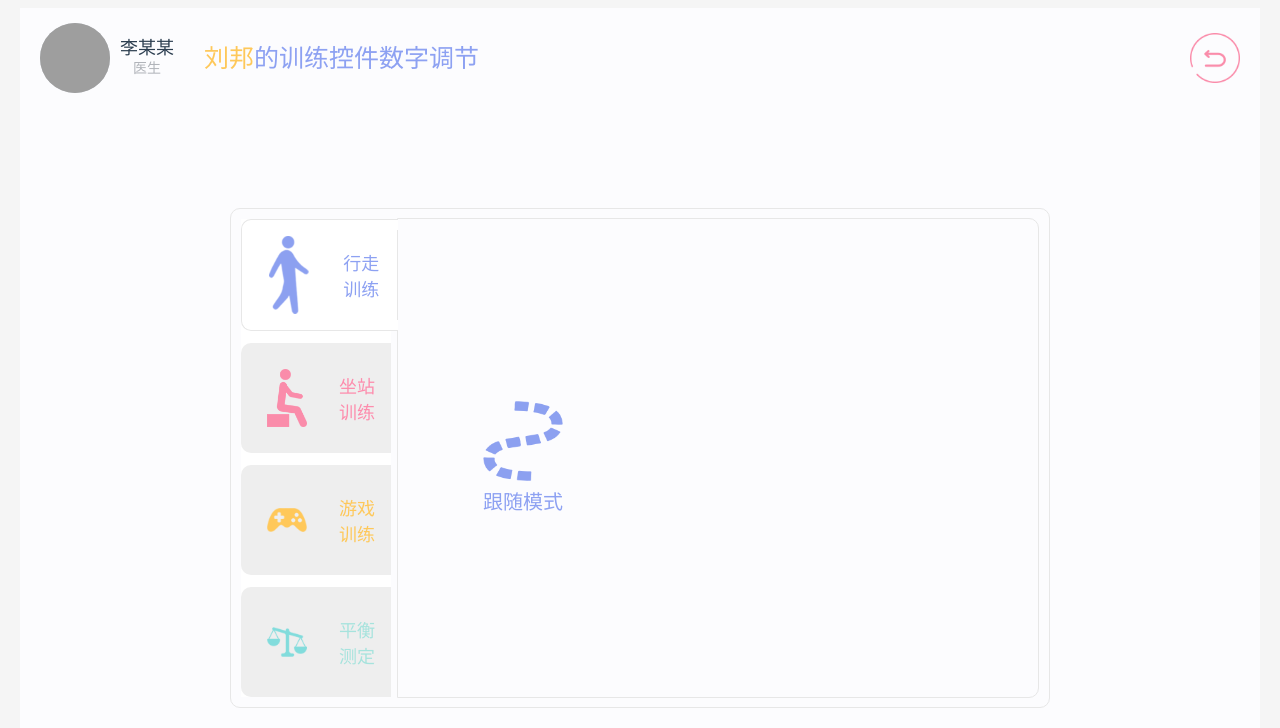
Repository: wangdanqing90/electron-vue-doctor
Page: /#/trainingAdjust
These files come from the project's save history. The page is drawn as it stood at one moment and after a run of saves; the edit follows.
The browser window is 1280 px wide. The pictures show the whole page.
Pictures or frames that could not be fetched are drawn as grey boxes. The project was rebuilt for these pictures with package versions that can differ from the ones it lists, and the page was loaded fresh each time. Also part of the build but not shown: vue.config.js, src/views/Home.vue, src/assets/styles/variable.scss, src/assets/styles/iconfont.css.

Above is the page before, as saved 2020-01-15 13:42:02.

### public/index.html
<!DOCTYPE html>
<html lang="en">
  <head>
    <meta charset="utf-8">
    <meta http-equiv="X-UA-Compatible" content="IE=edge">
    <meta name="viewport" content="width=device-width,initial-scale=1.0">
    <link rel="icon" href="<%= BASE_URL %>favicon.ico">
    <title>electron-vue-demo</title>
  </head>
  <body>
    <noscript>
      <strong>We're sorry but electron-vue-demo doesn't work properly without JavaScript enabled. Please enable it to continue.</strong>
    </noscript>
    <div id="app"></div>
    <!-- built files will be auto injected -->
  </body>
</html>

### src/main.js
import Vue from 'vue'
import ElementUI from 'element-ui';
import 'element-ui/lib/theme-chalk/index.css';
import App from './App.vue'
import router from './router'
import store from './store'


import './assets/styles/variable.scss';
import './assets/styles/base.scss';
import './assets/styles/common.scss';
import './assets/styles/iconfont.css';
import common from './assets/js/common.js';


Vue.config.productionTip = false;
Vue.prototype.common = common;
Vue.use(ElementUI);


var vm = new Vue({
  router,
  store,
  render: h => h(App)
}).$mount('#app')





//var addon = require('bindings')('hello');var addon = require('bindings')('hello');
//alert(addon.hello()); // 'world'

### src/App.vue
<template>
  <div id="app">
    <!-- <div id="nav">
      <router-link to="/">Home</router-link> |
      <router-link to="/about">About</router-link>
    </div>-->
    <keep-alive>
      <router-view v-if="$route.meta.keepAlive"></router-view>
    </keep-alive>
    <router-view v-if="!$route.meta.keepAlive"></router-view>
  </div>
</template>

<style lang="scss">
#app {
  font-family: "Avenir", Helvetica, Arial, sans-serif;
  -webkit-font-smoothing: antialiased;
  -moz-osx-font-smoothing: grayscale;
  text-align: center;
  color: #2c3e50;
  height: 100%;
}
#nav {
  padding: 30px;
  a {
    font-weight: bold;
    color: #2c3e50;
    &.router-link-exact-active {
      color: #42b983;
    }
  }
}
</style>

### src/assets/styles/base.scss
html {
  background: #f5f5f5;
  height: 100%;
}

body {
  height: 100%;
}

p {
  margin: 0;
  padding: 0;
}

ol,
ul {
  list-style: none;
  margin: 0;
  padding: 0;
}

a {
  cursor: pointer;
}

.wrap-white {
  background: #fff;
  padding-left: 20px;
  padding-right: 20px;
  overflow: hidden;

}

.el-breadcrumb {
  margin-bottom: 15px;
}

.el-titleText {
  font-size: 20px;
  color: black;
  height: 64px;
  line-height: 64px;
}

//::-webkit-scrollbar {
//  width: 5px;
//  height: 5px;
//}
//
//::-webkit-scrollbar:horizontal {
//  height: 15px;
//}
//
//::-webkit-scrollbar-track-piece:vertical {
//  background-color: rgba(0, 0, 0, 0.2);
//  -webkit-border-radius: 6px;
//}
//
//::-webkit-scrollbar-track:horizontal {
//  background-color: rgba(0, 0, 0, 0.2);
//}
//
//::-webkit-scrollbar-thumb:vertical {
//  height: 5px;
//  background-color: rgba(125, 125, 125, 0.7);
//  -webkit-border-radius: 6px;
//}
//
//::-webkit-scrollbar-thumb:horizontal {
//  width: 5px;
//  background-color: rgba(125, 125, 125, 0.7);
//}

input[type="text"],
input[type="number"] {
  //-webkit-appearance: none;
  background-color: #fff;
  border-radius: 4px;
  border: 1px solid #d8dce5;
  box-sizing: border-box;
  color: #5a5e66;
  display: inline-block;
  font-size: inherit;
  height: 40px;
  line-height: 1;
  outline: 0;
  padding: 0 15px;
  -webkit-transition: border-color .2s cubic-bezier(.645, .045, .355, 1);
  transition: border-color .2s cubic-bezier(.645, .045, .355, 1);
  width: 100%;

  &:hover {
    border-color: #b4bccc;
  }

  &:focus {
    border-color: #409EFF;
    outline: 0;
  }
}

/*滚动条*/
::-webkit-scrollbar {
  -webkit-appearance: none;
}

::-webkit-scrollbar:vertical {
  width: 10px;
}

::-webkit-scrollbar:horizontal {
  height: 10px;
}

::-webkit-scrollbar-thumb {
  background-color: rgba(0, 0, 0, .5);
  border-radius: 10px;
  border: 2px solid #ffffff;
}

::-webkit-scrollbar-track {
  border-radius: 10px;
  background-color: #ffffff;
}

/*margin*/
.margin-bottom-240 {
  margin-bottom: 240px;
}

.margin-top--10 {
  margin-top: -10px;
}

.margin-top--15 {
  margin-top: -15px;
}

.margin-top--18 {
  margin-top: -18px;
}

.margin-top--20 {
  margin-top: -20px;
}

.margin-top--40 {
  margin-top: -40px;
}

.margin-top--60 {
  margin-top: -60px;
}

.margin-top--80 {
  margin-top: -80px;
}

.margin-top--180 {
  margin-top: -180px;
}

.margin-top-0 {
  margin-top: 0px !important;
}

.margin-top-10 {
  margin-top: 10px;
}

.margin-top-15 {
  margin-top: 15px;
}

.margin-top-20 {
  margin-top: 20px;
}

.margin-top-25 {
  margin-top: 25px;
}

.margin-top-30 {
  margin-top: 30px;
}

.margin-top-35 {
  margin-top: 35px;
}

.margin-top-40 {
  margin-top: 40px;
}

.margin-top-46 {
  margin-top: 46px;
}

.margin-top-50 {
  margin-top: 50px;
}

.margin-top-60 {
  margin-top: 60px;
}

.margin-top-70 {
  margin-top: 70px;
}

.margin-top-80 {
  margin-top: 80px;
}

.margin-top-100 {
  margin-top: 100px;
}

.margin-bottom-0 {
  margin-bottom: 0px !important;
}

.margin-bottom-5 {
  margin-bottom: 5px;
}

.margin-bottom-10 {
  margin-bottom: 20px;
}

.margin-bottom-20 {
  margin-bottom: 20px;
}

.margin-bottom-25 {
  margin-bottom: 25px;
}

.margin-bottom-30 {
  margin-bottom: 30px;
}

.margin-bottom-40 {
  margin-bottom: 40px;
}

.margin-bottom-50 {
  margin-bottom: 50px;
}

.margin-bottom-60 {
  margin-bottom: 60px;
}

.margin-bottom-70 {
  margin-bottom: 70px;
}

.margin-left-0 {
  margin-left: 0px !important;
}

.margin-left-5 {
  margin-left: 5px;
}

.margin-left--15 {
  margin-left: -15px;
}

.margin-left--35 {
  margin-left: -35px;
}

.margin-left-10 {
  margin-left: 10px;
}

.margin-left-25 {
  margin-left: 25px;
}

.margin-left-30 {
  margin-left: 30px;
}

.margin-left-40 {
  margin-left: 40px;
}

.margin-right-0 {
  margin-right: 0px;
}

.margin-right-5 {
  margin-right: 5px;
}

.margin-right-10 {
  margin-right: 10px;
}

.margin-right-30 {
  margin-right: 30px;
}


.margin-right--15 {
  margin-right: -15px;
}

.margin-right--35 {
  margin-right: -35px;
}

.margin-right--50 {
  margin-right: -50px;
}

.margin-0 {
  margin: 0px;
}

.padding-top-5 {
  padding-top: 5px;
}

.padding-top-10 {
  padding-top: 10px;
}

.padding-top-15 {
  padding-top: 15px;
}

.padding-top-20 {
  padding-top: 20px;
}

.padding-top-26 {
  padding-top: 26px;
}

.padding-top-30 {
  padding-top: 30px;
}

.padding-top-35 {
  padding-top: 35px;
}

.padding-top-40 {
  padding-top: 40px;
}

.padding-top-60 {
  padding-top: 60px;
}

.padding-top-70 {
  padding-top: 70px;
}

.padding-top-100 {
  padding-top: 100px;
}

.padding-top-150 {
  padding-top: 150px;
}

.padding-top-250 {
  padding-top: 250px;
}

.padding-left-0 {
  padding-left: 0px;
}

.padding-left-5 {
  padding-left: 5px;
}

.padding-left-7 {
  padding-left: 7.5px;
}

.padding-left-10 {
  padding-left: 10px;
}

.padding-left-12 {
  padding-left: 12px;
}

.padding-left-15 {
  padding-left: 15px;
}

.padding-left-20 {
  padding-left: 20px;
}

.padding-left-24 {
  padding-left: 24px;
}

.padding-left-30 {
  padding-left: 30px;
}

.padding-left-40 {
  padding-left: 40px;
}

.padding-left-50 {
  padding-left: 50px;
}

.padding-left-70 {
  padding-left: 70px;
}

.padding-left-90 {
  padding-left: 90px;
}

.padding-bottom-5 {
  padding-bottom: 5px;
}

.padding-bottom-10 {
  padding-bottom: 10px;
}

.padding-bottom-20 {
  padding-bottom: 20px;
}

.padding-bottom-26 {
  padding-bottom: 26px;
}

.padding-bottom-30 {
  padding-bottom: 30px;
}

.padding-bottom-40 {
  padding-bottom: 40px;
}

.padding-bottom-50 {
  padding-bottom: 50px;
}

.padding-bottom-60 {
  padding-bottom: 60px;
}

.padding-bottom-100 {
  padding-bottom: 100px;
}

.padding-right-0 {
  padding-right: 0px;
}

.padding-right-7 {
  padding-right: 7.5px;
}

.padding-right-15 {
  padding-right: 15px;
}

.padding-right-30 {
  padding-right: 30px;
}

.padding-right-40 {
  padding-right: 40px;
}

.padding-right-50 {
  padding-right: 50px;
}

.padding-right-60 {
  padding-right: 60px;
}

.padding-right-90 {
  padding-right: 90px;
}

.padding-0 {
  padding: 0px !important;
}

.padding-15 {
  padding: 15px;
}

.padding-20 {
  padding: 20px;
}

@media (min-width: 992px) {
  .margin-left-15 {
    margin-left: 15px;
  }

  .margin-right-15 {
    margin-right: 15px;
  }
}

body {
  font-size: 12px;
  color: #7F8FA4;
  font-family: "Helvetica Neue", Helvetica, "PingFang SC", "Hiragino Sans GB", "Microsoft YaHei", "微软雅黑", Arial, sans-serif;
  box-sizing: border-box;
}

.container {
  width: 1200px;
  min-height: 100%;
  margin: 0 auto;
  background: #fcfcfe;
  padding: 0 20px;
}

.el-dialog__body {
  font-size: 12px;
}

.pb10 {
  padding-bottom: 10px;
}

.pb30 {
  padding-bottom: 30px;
}

.mb30 {
  margin-bottom: 30px;
}

.toolbar {
  background: #fff;
  padding: 10px;
  margin: 10px 0px;
  text-align: center;
}

.handleMoreWrap .el-dialog__body {
  padding: 10px;
}

.handleMore-title {
  text-align: center;
  padding-bottom: 6px;
}

.handleMoreHeight {
  max-height: 300px;
  overflow: hidden;
  overflow-y: auto;
  border-top: 1px solid #ddd;
  padding-top: 10px;
}

.el-table__header th {
  white-space: nowrap;
  font-size: 12px;
  font-weight: 100;
}

.content-wrapper {
  -webkit-overflow-scrolling: touch;
}

.center {
  text-align: center;
}

.text-right {
  text-align: right;
}

.text-left {
  text-align: left;
}

.f-left {
  float: left;
}

.f-right {
  float: right;
}

.hand {
  cursor: pointer;
}

/*flex兼容*/
.display_flex {
  display: -webkit-box;
  display: -ms-flexbox;
  display: -webkit-flex;
  display: flex;
}

// .display_flex>* {
//   display: block;
// }

.display_inline-flex {
  display: -webkit-inline-box;
  display: -ms-inline-flexbox;
  display: -webkit-inline-flex;
  display: inline-flex;
}

// .display_inline-flex>* {
//   display: block;
// }

/*伸缩流方向*/
.flex-direction_column {
  -webkit-box-orient: vertical;
  -ms-flex-direction: column;
  -webkit-flex-direction: column;
  flex-direction: column;
}

/*主轴对齐*/
.justify-content_flex-center {
  -webkit-box-pack: center;
  -ms-flex-pack: center;
  -webkit-justify-content: center;
  justify-content: center;
}

.justify-content_flex-start {
  -webkit-box-pack: start;
  -ms-flex-pack: start;
  -webkit-justify-content: flex-start;
  justify-content: flex-start;
}

.justify-content_flex-end {
  -webkit-box-pack: end;
  -ms-flex-pack: end;
  -webkit-justify-content: flex-end;
  justify-content: flex-end;
}

.justify-content_flex-justify {
  -webkit-box-pack: justify;
  -ms-flex-pack: justify;
  -webkit-justify-content: space-between;
  justify-content: space-between;
}

.justify-content_flex-around {
  -webkit-box-pack: justify;
  -ms-flex-pack: justify;
  -webkit-justify-content: space-around;
  justify-content: space-around;
}

/*侧轴对齐*/
.align-items_flex-start {
  -webkit-box-align: start;
  -ms-flex-align: start;
  -webkit-align-items: flex-start;
  align-items: flex-start;
}

.align-items_flex-end {
  -webkit-box-align: end;
  -ms-flex-align: end;
  -webkit-align-items: flex-end;
  align-items: flex-end;
}

.align-items_center {
  -webkit-box-align: center;
  -ms-flex-align: center;
  -webkit-align-items: center;
  align-items: center;
}

.align-items_baseline {
  -webkit-box-align: baseline;
  -ms-flex-align: baseline;
  -webkit-align-items: baseline;
  align-items: baseline;
}

/*伸缩性*/
.flex_auto {
  -webkit-box-flex: 1;
  -ms-flex: auto;
  -webkit-flex: auto;
  flex: auto;
}

.flex_1 {
  width: 0;
  -webkit-box-flex: 1;
  -ms-flex: 1;
  -webkit-flex: 1;
  flex: 1;
}

/*显示顺序*/
.order_2 {
  -webkit-box-ordinal-group: 2;
  -ms-flex-order: 2;
  -webkit-order: 2;
  order: 2;
}

.order_3 {
  -webkit-box-ordinal-group: 3;
  -ms-flex-order: 3;
  -webkit-order: 3;
  order: 3;
}

### src/assets/styles/common.scss
.clearfix {

  &::after {
    display: block;
    height: 0;
    content: ".";
    clear: both;
    visibility: hidden;
  }
}

.float-left {
  float: left;
}

.float-right {
  float: right;
}

.align-left {
  text-align: left;
}

.align-right {
  text-align: right;
}

.small-size {
  font-size: 12px !important;
}

.large-size {
  font-size: 16px !important;
}

.New-elFrom {
  padding: 10px;
  background: #fff;

  .el-form-item {
    margin-bottom: 0;
  }

  .el-form-item__label {
    padding: 0;
    line-height: 30px;
    font-size: 12px;
    color: #7F8FA4;

  }

  .el-form-item__content-btn {
    text-align: center;
    padding: 20px 0 10px;
  }

  .el-select {
    display: block;
  }

  .el-date-editor.el-input,
  .el-input-number--medium {
    width: 100%;
  }
}

.el-radio-group {
  display: flex;
  display: -webkit-flex;
}

.el-radio-group .el-radio-button {
  flex: 1;
}



.el-button.purple,
.el-button.purple:active,
.el-button.purple:focus,
.el-button.purple:hover {
  color: white;
  background-color: #8c69e7;
  border: none;
  box-shadow: 0 2px 12px 0 rgba(240, 240, 240, 0.1)
}



.el-dialog {
  border-radius: 10px;

  .el-dialog__body {
    .purple {
      color: $purpleFontColor;
      font-size: 20px;
    }
  }
}

.el-form-item__label {
  color: $purpleFontColor;
}

.el-message-box .el-message-box__content {
  color: $purpleFontColor;
  font-size: 20px;
  margin: 30px 0;
  text-align: center;
}

.purpleFontColor {
  color: $purpleFontColor;
}

.pinkFontColor {
  color: $pinkFontColor;
}

.greenFontColor {
  color: $greenFontColor;
}

.yellowFontColor {
  color: $yellowFontColor;
}

### src/assets/js/common.js
1
export default {
    login: function () {
        console.log("1111");
    },

    // 判断是否为空
    isNullOrBlank: function (strJudge) {
        return strJudge === null || strJudge === undefined || strJudge === '';
    },

    // 计算两个日期时间差
    DateDiff: function (sDate1, sDate2) { // sDate1和sDate2是2002-12-18格式
        var aDate, oDate1, oDate2, iDays
        aDate = sDate1.split('-')
        oDate1 = new Date(aDate[1] + '-' + aDate[2] + '-' + aDate[0])
        aDate = sDate2.split('-')
        oDate2 = new Date(aDate[1] + '-' + aDate[2] + '-' + aDate[0])
        iDays = parseInt(Math.abs(oDate1 - oDate2) / 1000 / 60 / 60 / 24)
        return iDays
    }
}

### src/views/TrainingAdjust/TrainingAdjust.vue
/* eslint-disable vue/no-unused-vars */
<template>
  <div class="container">
    <HeaderDoctor :leftImg="leftImg" :title="title" :titleName="titleName">
      <template v-slot:right>
        <div class="header-right-div display_flex justify-content_flex-center align-items_center">
          <img src="@/../images/back.png" @click="backClick" />
        </div>
      </template>
    </HeaderDoctor>

    <div class="inform-container">
      <div class="inform-inner display_flex justify-content_flex-justify align-items_center">
        <div
          class="left display_inline-flex flex-direction_column justify-content_flex-justify align-items_center"
        >
          <div
            class="left-inner"
            :class="activeClass == index ? 'active':''"
            v-for="(item,index) in tagList"
            :key="index"
            @click="getItem(index)"
          >
            <div
              class="left-inner-inner display_flex justify-content_flex-around align-items_center"
            >
              <img :src="item.imgsrc" />
              <div :class="item.colorClass">
                <div>{{item.name}}</div>
                <div>{{item.namebottom}}</div>
              </div>
            </div>
          </div>
        </div>
        <div class="right display_flex justify-content_flex-justify align-items_center">
          <AdjustContiner :type="1"></AdjustContiner>
        </div>
      </div>
    </div>
  </div>
</template>

<script>
import HeaderDoctor from "@/components/HeaderDoctor/HeaderDoctor.vue";
import AdjustContiner from "@/components/Adjust/AdjustContiner.vue";

export default {
  name: "trainingPlan",
  components: {
    HeaderDoctor,
    AdjustContiner
  },

  data() {
    return {
      leftImg: "",
      activeClass: 0,
      activeRightClass: 0,
      tagList: [
        {
          name: "行走",
          namebottom: "训练",
          id: 1,
          imgsrc: require("@/../images/walkingtraining.png"),
          colorClass: "purpleFontColor"
        },
        {
          name: "坐站",
          namebottom: "训练",
          id: 2,
          imgsrc: require("@/../images/stationtraining.png"),
          colorClass: "pinkFontColor"
        },
        {
          name: "游戏",
          namebottom: "训练",
          id: 3,
          imgsrc: require("@/../images/gametraining.png"),
          colorClass: "yellowFontColor"
        },
        {
          name: "平衡",
          namebottom: "测定",
          id: 4,
          imgsrc: require("@/../images/balancedetermination.png"),
          colorClass: "greenFontColor"
        }
      ],
      adjustList: [
        {
          selectedImg: require("@/../images/followmode_0.png"),
          unselectedImg: require("@/../images/followmode_2.png"),
          title: "跟随模式",
          width: "210px",
          colorClass: "pinkFontColor",
          activeRightClass: true
        },
        {
          selectedImg: require("@/../images/followmode_0.png"),
          unselectedImg: require("@/../images/followmode_2.png"),
          title: "跟随模式",
          width: "210px",
          colorClass: "pinkFontColor",
          activeRightClass: false
        }
      ]
    };
  },
  created() {
    this.leftImg = require("../../../images/logo.png");
    this.title = "的训练控件数字调节";
    this.titleName = "刘邦";
  },
  methods: {
    backClick() {
      this.$router.go(-1);
    },
    getItem(index) {
      this.activeClass = index; // 把当前点击元素的index，赋值给activeClass
    },
    selectClick(index) {
      this.activeRightClass = index; // 把当前点击元素的index，赋值给activeClass
    }
  },
  watch: {}
};
</script>

<style scoped lang="scss">
.header {
  .header-right {
    img {
      width: 50px;
      margin-left: 20px;
    }
  }
}
.inform-container {
  box-sizing: border-box;
  margin: 100px auto;
  height: 500px;
  font-size: 12px;
  border-radius: 10px;
  border: 1px solid #e7e7e7;
  width: 820px;

  .inform-inner {
    box-sizing: border-box;
    padding: 10px;
    height: 100%;
    font-size: 18px;
    .left {
      width: 150px;
      background: white;
      height: 100%;
      z-index: 10;
      .left-inner {
        width: 100%;
        border-radius: 10px 0 0 10px;
        background: #eeeeee;
        .left-inner-inner {
          height: 90px;
          margin: 10px 0 10px 10px;
        }
        img {
          width: 40px;
        }
      }
      .active {
        background: white;
        border-top: 1px solid #e7e7e7;
        border-left: 1px solid #e7e7e7;
        border-bottom: 1px solid #e7e7e7;
        width: 156px;
        margin-right: -6px;
        .left-inner-inner {
          border-right: 1px solid #e7e7e7;
        }
      }
    }
    .right {
      width: 640px;
      height: 100%;
      border-top: 1px solid #e7e7e7;
      border-right: 1px solid #e7e7e7;
      border-bottom: 1px solid #e7e7e7;
      border-left: 1px solid #e7e7e7;
      border-radius: 0 10px 10px 0;
      color: #dcdcdc;
    }
  }
}
</style>

### src/components/HeaderDoctor/HeaderDoctor.vue
// 头部组件
<template>
  <el-row>
    <el-col :span="24" class="header">
      <div
        @click="jumpDoctorInform"
        class="header-left f-left display_flex justify-content_flex-center align-items_center"
      >
        <el-avatar
          :size="70"
          src="https://cube.elemecdn.com/0/88/03b0d39583f48206768a7534e55bcpng.png"
        ></el-avatar>
        <div
          class="display_flex flex-direction_column justify-content_flex-center align-items_center margin-left-10"
        >
          <div class="name">李某某</div>
          <div class="job">医生</div>
        </div>
      </div>
      <div class="header-middle-name f-left">{{titleName}}</div>
      <div class="header-middle f-left">{{title}}</div>

      <div class="header-right f-right">
        <slot name="right"></slot>
      </div>
    </el-col>
  </el-row>
</template>

<script>
export default {
  name: "HeaderDoctor",
  props: {
    msg: String,
    leftImg: {
      type: String,
      default: "../../../images/logo.png"
    },
    title: { String, default: "" },
    titleName: { String, default: "" }
  },

  data() {
    return {};
  },

  created() {},
  beforeDestroy() {},
  beforeMount() {},
  mounted() {},
  destroyed() {},
  methods: {
    jumpDoctorInform() {
      this.$router.push({
        path: "/detailInform",
        name: "detailInform",
        query: { type: "doctor" }
      });
    }
  }
};
</script>

<style scoped lang="scss">
.header {
  height: 100px;
  line-height: 100px;
  .header-left {
    height: 100%;
    text-align: left;
    margin-right: 30px;
    img {
      width: 150px;
    }
    .name {
      height: 20px;
      line-height: 20px;
      font-size: 18px;
    }
    .job {
      height: 20px;
      line-height: 20px;
      font-size: 14px;
      color: #b0b3b9;
    }
  }
  .header-middle-name {
    font-size: 25px;

    color: $yellowFontColor;
  }
  .header-middle {
    font-size: 25px;

    color: $purpleFontColor;
  }
  .header-right {
    height: 100%;
  }
}

::v-deep .header-right-div {
  height: 100%;
}
</style>

### src/components/Adjust/AdjustContiner.vue
// 调节组件
<template>
  <div class="adjust-container" :class="config.fontColor">
    <div class="top">
      <img :src="config.imgsrc" />
      <div>{{config.title}}</div>
    </div>
    <div class="bottom"></div>
  </div>
</template>

<script>
import Adjust from "@/components/Adjust/Adjust.vue";
export default {
  name: "AdjustContiner",
  components: {
    Adjust
  },
  props: {
    type: {
      type: Number,
      default: 0
    }
  },

  data() {
    return {
      config: {}
    };
  },

  created() {
    if (this.type === 1) {
      //跟随模式
      this.config = {
        title: "跟随模式",
        imgsrc: require("@/../images/followmode_1.png"),
        imgsrcGray: require("@/../images/followmode_2.png"),
        width: "120px",
        fontColor: "purpleFontColor",
        adjusts: [
          {
            name: "减重",
            step: 1,
            unit: "KG"
          },
          {
            name: "定距",
            step: 10,
            unit: "M"
          },
          {
            name: "速度",
            step: 100,
            unit: "MM/s"
          }
        ]
      };
    }
  },
  beforeDestroy() {},
  beforeMount() {},
  mounted() {},
  destroyed() {},
  methods: {}
};
</script>

<style scoped lang="scss">
.adjust-container {
  width: 210px;
  padding: 50px 20px;
  //   .purpleFontColor {
  //     color: $purpleFontColor;
  //   }

  //   .pinkFontColor {
  //     color: $pinkFontColor;
  //   }

  //   .greenFontColor {
  //     color: $greenFontColor;
  //   }

  //   .yellowFontColor {
  //     color: $yellowFontColor;
  //   }
  .top {
    font-size: 20px;
    img {
      width: 80px;
    }
  }
}
</style>

### src/components/Adjust/Adjust.vue
// 调节组件
<template>
  <div class="adjust">
    <img class="adjustLeft" src="@/../images/add_1.png" />
    <img class="adjustMiddle" src="@/../images/blue_5.png" />
    <img class="adjustRight" src="@/../images/add_1.png" />
    <div class="inform">
      <span>减重:</span>15kg
    </div>
  </div>
</template>

<script>
export default {
  name: "Adjust",
  props: {
    msg: String,
    leftImg: {
      type: String,
      default: "../../../images/logo.png"
    },
    title: { String, default: "" }
  },

  data() {
    return {};
  },

  created() {},
  beforeDestroy() {},
  beforeMount() {},
  mounted() {},
  destroyed() {},
  methods: {}
};
</script>

<style scoped lang="scss">
.adjust {
  position: relative;
  padding: 20px 0;
  .adjustLeft,
  .adjustRight {
    width: 20px;
  }
  .adjustMiddle {
    width: 100px;
    margin: 0 10px;
  }
  .inform {
    font-size: 12px;
    position: absolute;
    top: 10px;
    left: 54px;
    span {
      color: black;
    }
  }
}
</style>

Loaded but not shown: src/store.js (common file); src/router.js (99 lines, source omitted)

After the next 2 saves:
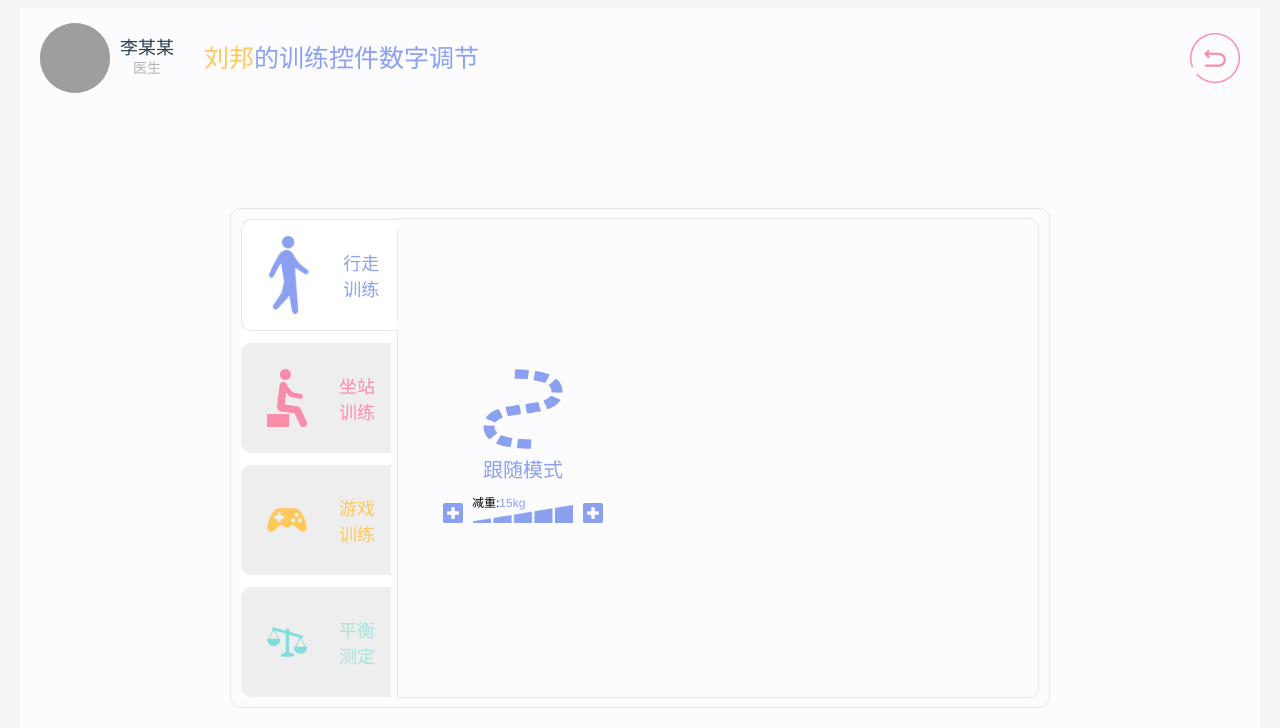
The 2 saves are shown as one change because 1 did not build or start.
The last was saved 25 s later.
--- a/src/components/Adjust/AdjustContiner.vue
+++ b/src/components/Adjust/AdjustContiner.vue
@@ -5,7 +5,9 @@
       <img :src="config.imgsrc" />
       <div>{{config.title}}</div>
     </div>
-    <div class="bottom"></div>
+    <div class="bottom">
+      <Adjust></Adjust>
+    </div>
   </div>
 </template>
 
